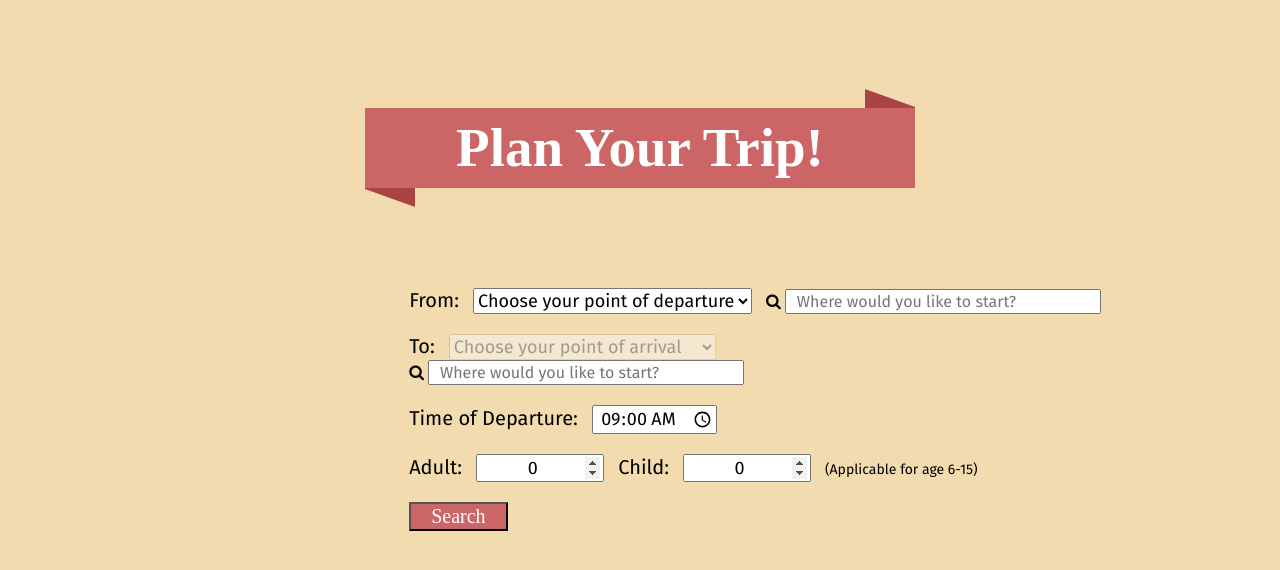
Repository: bbh0607/bae_dNation
Page: public/index.html
An editor plug-in stored every save of this project. The page is shown before and after the next save, followed by the edit.
The browser window is 1280 px wide. The pictures show the whole page.
Some web fonts or font styles are not loaded; a fallback is used.

Above is the page before, as saved 2020-02-01 15:41:01.

### public/index.html
<!DOCTYPE html>
<html lang="en">
  <head>
    <meta charset="UTF-8" />
    <link rel="stylesheet" type="text/css" href="./css/style.css" />
    <link rel="stylesheet" href="https://fonts.googleapis.com/css?family=Fira+Sans">
    <link rel="stylesheet" href="https://cdnjs.cloudflare.com/ajax/libs/font-awesome/4.7.0/css/font-awesome.min.css">
    <script src="js/script.js"></script>
    <title>My Website</title>
  </head>
  <body>
    <h1>Plan Your Trip!</h1>
    <form action="result.html" method="POST">
      <ul>
        <li>
          <label for="from">From:</label>
          <select id="fromSelect" name="from" onchange="removeDuplicate(this)" required>
            <option value="DEFAULT" selected disabled hidden>Choose your point of departure</option>
            <option value="KLIA">KLIA (KL International Airport)</option>
            <option value="KLIA2">KLIA2 (Airport Terminal 2)</option>
            <option value="SENTRAL">KL Sentral</option>
            <option value="OTHER">Other..</option>
          </select>
          <i>
            <i class="fa fa-search icon"></i>
            <input type="text" name="search" placeholder="Where would you like to start?">
          </i>
        </li>
        <li>
          <label for="to">To:</label>
          <select id="toSelect" name="to" onchange="removeDuplicate(this)" disabled required>
            <option value="DEFAULT" selected disabled hidden>Choose your point of arrival</option>
            <option value="KLIA">KLIA (KL International Airport)</option>
            <option value="KLIA2">KLIA2 (Airport Terminal 2)</option>
            <option value="SENTRAL">KL Sentral</option>
            <option value="OTHER">Other..</option>
          </select>
          <div>
            <i class="fa fa-search icon"></i>
            <input type="text" name="search" placeholder="Where would you like to start?">
          </div>
        </li>
        <li>
          <label for="deptime">Time of Departure:</label>
          <input type="time" id="deptime" name="deptime" value="09:00" required>
        </li>
        <li>
          <label for="adult">Adult:</label>
          <input type="number" id="adult" name="adult" value="0" min='0' required>
          <label for="child">Child:</label>
          <input type="number" id="child" name="child" value="0" min='0' required>
          <small>(Applicable for age 6-15)</small>
        </li>
        <li>
          <input type="submit" value="Search">
        </li>
      </ul>
    </form a>
  </body>
</html>

### public/css/style.css
/* body {
  background-color: aquamarine;
} */

@import url(https://fonts.googleapis.com/css?family=Patua+One);

body {
  background-color:#F2DBAE;
  align-content: center;
}

h1 {
  background-color:#c66;
  width:550px; height:80px;
  line-height:80px;
  font-size:55px;
  text-align:center;
  position:relative;
  margin:100px auto;
  font-family: 'Patua One', cursive;
  color:#fff;
  }

h1:before, h1:after {
  background-color:#a44;
  width:50px; height:80px;
  content:'';
  display:block;
  transform:skewY(20deg);
  position:absolute;
  z-index:-1;
}

h1:before {top:10px; left:0; }
h1:after {top:-10px; right:0; }

label {
  font-size: 20px;
  font-family: "Fira Sans", sans-serif;
  margin-right: 10px;
}

ul {
  list-style-type: none;
  justify-self: center;
  margin-left: 200px;
}

li {
  margin-top: 20px;
}

select {
  font-family: "Fira Sans", sans-serif;
  font-size: 18px;
  margin-right: 10px;
}

input[type="submit"]{
  background-color: #c66;
  color: #fff;
  font-size: 20px;
  font-family: 'Patua One', cursive;
  padding-left: 20px;
  padding-right: 20px;
}

input[type="time"], input[type="number"]{
  width: 120px;
  text-align: center;
  font-family: "Fira Sans", sans-serif;
  font-size: 18px;
  margin-right: 10px;
}

input[type="text"] {
  width: 300px;
  font-family: "Fira Sans", sans-serif;
  font-size: 16px;
  margin-right: 10px;
  padding-left: 10px;
}

small {
  font-family: "Fira Sans", sans-serif;
  font-size: 14px;
}

input[type='number']::-webkit-inner-spin-button,
input[type='number']::-webkit-outer-spin-button {
    opacity: 1;
}

input[type='time']::-webkit-inner-spin-button,
input[type='time']::-webkit-outer-spin-button {
    opacity: 1;
}

### public/js/script.js
function removeDuplicate(element) {
    const changedId = element.id;
    const comparisonId = changedId == 'fromSelect'? 'toSelect': 'fromSelect';
    const changed = document.getElementById(changedId);
    const compare = document.getElementById(comparisonId)
    if (
      changed.options[changed.selectedIndex].value ==
      compare.options[compare.selectedIndex].value
    ) compare.value="DEFAULT"
    document.getElementById(comparisonId).disabled = false;
}

After the next save:
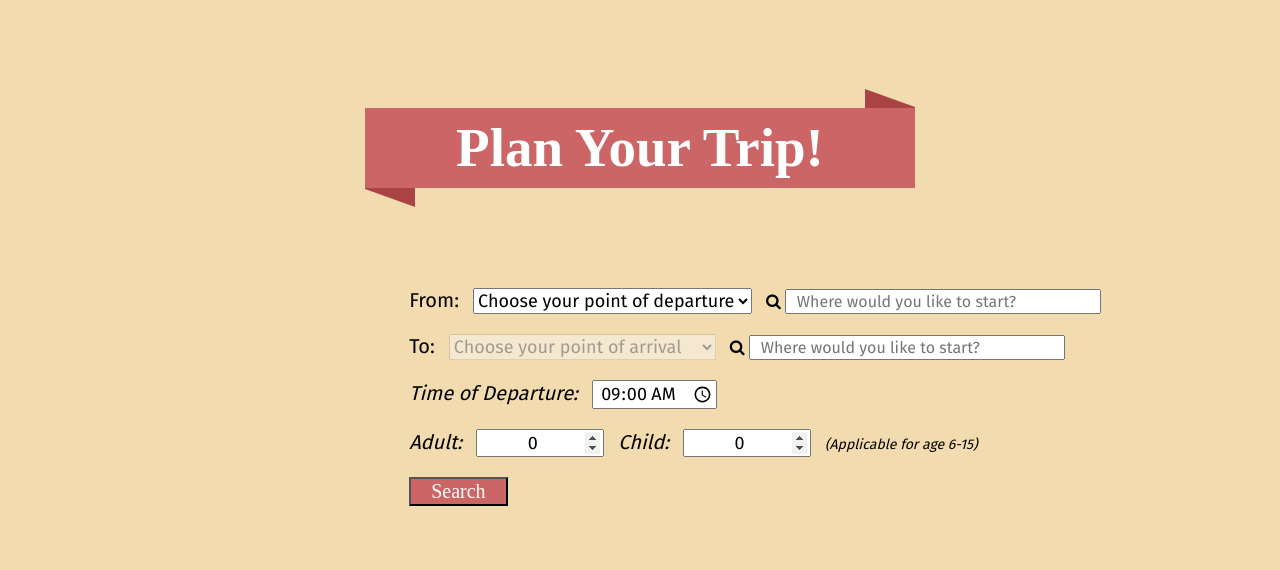
Saved 17 s later.
--- a/public/index.html
+++ b/public/index.html
@@ -35,7 +35,7 @@
             <option value="SENTRAL">KL Sentral</option>
             <option value="OTHER">Other..</option>
           </select>
-          <div>
+          <i>
             <i class="fa fa-search icon"></i>
             <input type="text" name="search" placeholder="Where would you like to start?">
           </div>
